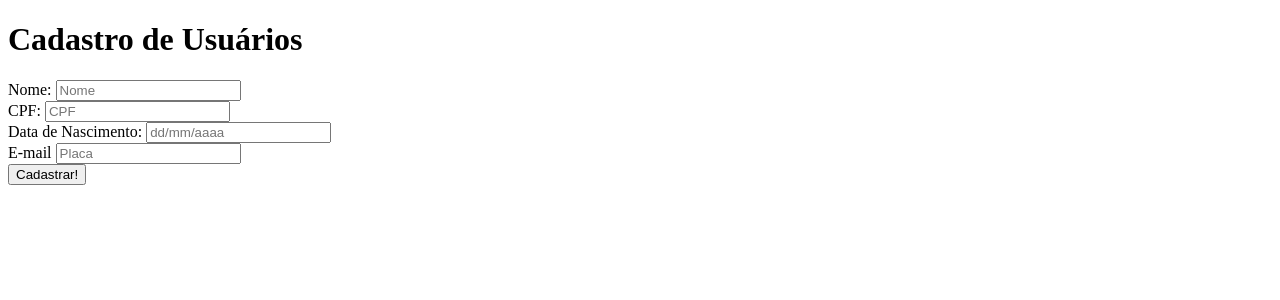
Repository: Najarin321/SiteJSP
Page: Java/FirstSite/WebContent/index.html
The author's editor kept a copy of each file at every save. The page is drawn from the files as they stood at one save, then again after the next save.
The browser window is 1280 px wide. The pictures show the whole page.

Above is the page before, as saved 2020-01-11 14:54:10.

After the next save:
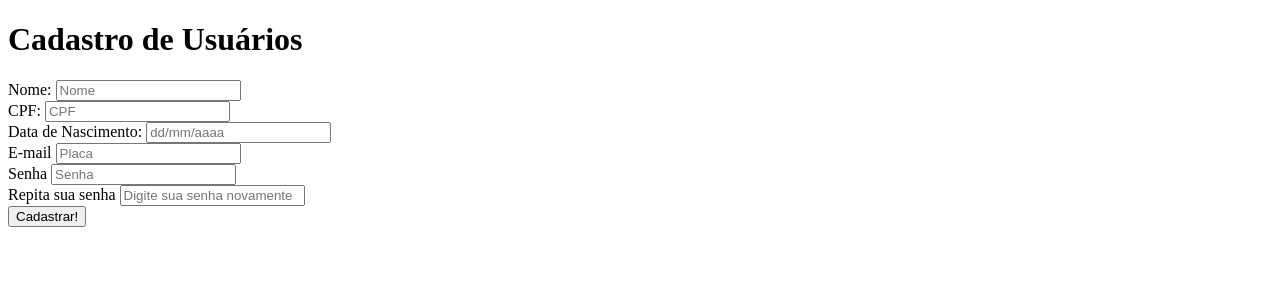
Saved 6 min 21 s later.
--- a/Java/FirstSite/WebContent/index.html
+++ b/Java/FirstSite/WebContent/index.html
@@ -26,6 +26,14 @@
 			<label>E-mail</label>
 			<input type="text" placeholder="Placa" name="email"></input>
 		</div>
+		<div>
+			<label>Senha</label>
+			<input type="password" placeholder="Senha" name="senha"></input>
+		</div>
+		<div>
+			<label>Repita sua senha</label>
+			<input type="password" placeholder="Digite sua senha novamente" name="senhaRepetir"></input>
+		</div>
 		<button type="submit">Cadastrar!</button>
 	</form>
 </body>
